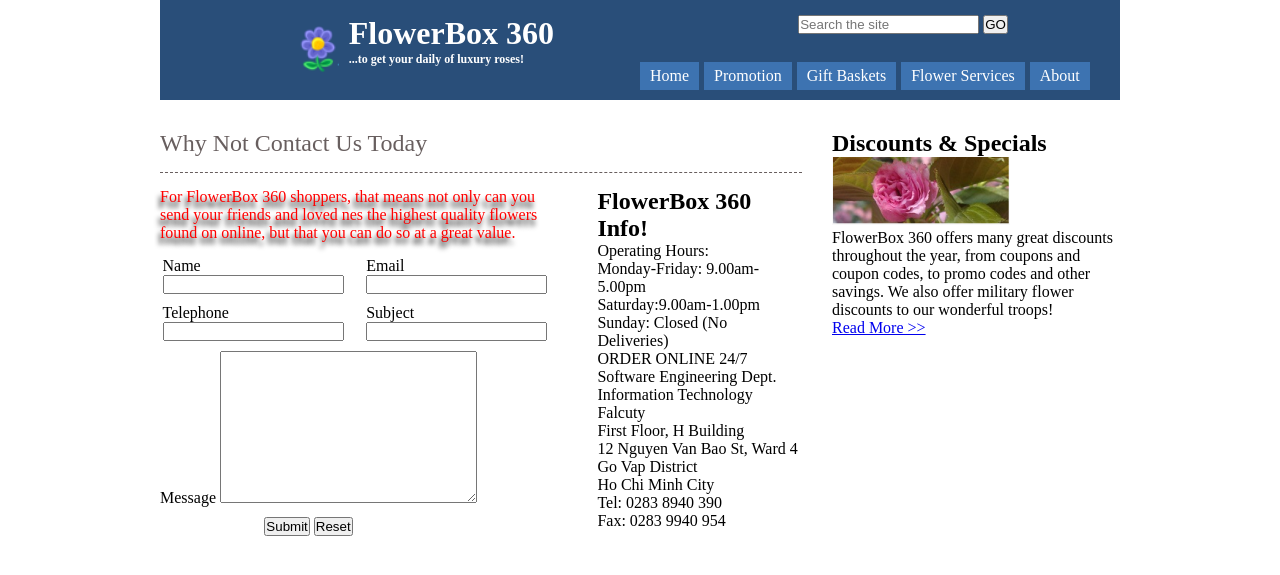
Repository: hoangnguyen1903/STT_21084321_NguyenHuyHoang_DHKHMT17B_Tuan4_DeThamKhao3
Page: html/demo.html
These files come from the project's save history. The page is drawn as it stood at one moment and after the next save; the edit follows.
The browser window is 1280 px wide. The pictures show the whole page.

Above is the page before, as saved 2023-03-09 14:59:23.

### html/demo.html
<!DOCTYPE html>
<html lang="en">
  <head>
    <meta charset="UTF-8" />
    <meta http-equiv="X-UA-Compatible" content="IE=edge" />
    <meta name="viewport" content="width=device-width, initial-scale=1.0" />
    <title>Demo 3</title>
    <style>
      * {
        padding: 0;
        box-sizing: border-box;
        margin: 0 auto;
      }

      .wrapper {
        width: 960px;
        height: 100%;
      }

      .header {
        width: 960px;
        height: 100px;
        background-color: #294e79;
        color: #fff;
        display: flex;
        position: relative;
      }

      .header > .header__left {
        display: flex;
        padding: 15px 20px;
      }

      .header > .header__left > img {
        padding-right: 10px;
      }

      .header > .header__left > div > h2 {
        font-size: 12px;
      }

      .header > .header__right {
        padding-top: 15px;
      }

      .header > .header__bottom {
        position: absolute;
        bottom: 10px;
        left: 50%;
        display: flex;
      }

      .header > .header__bottom > li {
        list-style: none;
        margin-right: 5px;
        background-color: #3d73b1;
        padding: 5px 10px;
      }

      .header > .header__bottom > li:hover {
        background-color: #fff;
      }

      .header > .header__bottom > li:hover > a {
        color: #000;
      }

      .header > .header__bottom > li > a {
        text-decoration: none;
        color: white;
      }

      .content {
        width: 960px;
        display: flex;
        margin-top: 30px;
      }

      .content > .content__left {
        width: calc(70% - 30px);
        margin-right: 30px;
      }

      .content > .content__left > .content__left-top {
        color: #685f5f;
        font-weight: 500;
        padding-bottom: 15px;
        border-bottom: 1px dashed #685f5f;
        margin-bottom: 15px;
      }

      .content > .content__left > .content__left-bottom {
        display: flex;
      }

      .content > .content__left > .content__left-bottom > .content__left-form {
        width: calc(70% - 30px);
        margin-right: 30px;
      }

      .content
        > .content__left
        > .content__left-bottom
        > .content__left-form
        > p {
        color: red;
        text-shadow: -2px 6px 5px #000;
        margin-bottom: 15px;
      }

      .content
        > .content__left
        > .content__left-bottom
        > .content__left-form
        > form {
        display: flex;
        flex-wrap: wrap;
      }

      .content
        > .content__left
        > .content__left-bottom
        > .content__left-form
        > form
        > div {
        width: calc(50% - 5px);
        margin-bottom: 10px;
      }

      .content
        > .content__left
        > .content__left-bottom
        > .content__left-form
        > form
        > div:nth-child(5) {
        width: 100%;
        margin-bottom: 10px;
      }

      .content > .content__right {
        width: 30%;
      }
    </style>
  </head>
  <body>
    <div class="wrapper">
      <div class="header">
        <div class="header__left">
          <img src="../img/AnhLogo.PNG" alt="Logo" class="logo" />
          <div>
            <h1>FlowerBox 360</h1>
            <h2>...to get your daily of luxury roses!</h2>
          </div>
        </div>
        <ul class="header__bottom">
          <li><a href="#">Home</a></li>
          <li><a href="#">Promotion</a></li>
          <li><a href="#">Gift Baskets</a></li>
          <li><a href="#">Flower Services</a></li>
          <li><a href="#">About</a></li>
        </ul>
        <div class="header__right">
          <input
            type="text"
            name="txt"
            id="txt"
            placeholder="Search the site"
          />
          <input type="button" value="GO" />
        </div>
      </div>
      <div class="content">
        <div class="content__left">
          <h2 class="content__left-top">Why Not Contact Us Today</h2>
          <div class="content__left-bottom">
            <div class="content__left-form">
              <p>
                For FlowerBox 360 shoppers, that means not only can you send
                your friends and loved nes the highest quality flowers found on
                online, but that you can do so at a great value.
              </p>
              <form action="">
                <div>
                  <label for="name">Name</label>
                  <input type="text" name="name" id="name" />
                </div>
                <div>
                  <label for="email">Email</label>
                  <input type="email" name="email" id="email" />
                </div>
                <div>
                  <label for="telephone">Telephone</label>
                  <input type="number" name="telephone" id="telephone" />
                </div>
                <div>
                  <label for="subject">Subject</label>
                  <input type="text" name="subject" id="subject" />
                </div>
                <div>
                  <label for="message">Message</label>
                  <textarea
                    name="message"
                    id="message"
                    cols="30"
                    rows="10"
                  ></textarea>
                </div>
                <div>
                  <input type="submit" value="Submit" />
                  <input type="reset" value="Reset" />
                </div>
              </form>
            </div>
            <div class="content__left-info">
              <h2 class="content__left-heading">FlowerBox 360 Info!</h2>
              <div>
                <p>Operating Hours:</p>
                <p>Monday-Friday: 9.00am-5.00pm</p>
                <p>Saturday:9.00am-1.00pm</p>
                <p>Sunday: Closed (No Deliveries)</p>
                <p>ORDER ONLINE 24/7</p>
              </div>
              <div>
                <p>Software Engineering Dept.</p>
                <p>Information Technology Falcuty</p>
                <p>First Floor, H Building</p>
              </div>
              <div>
                <p>12 Nguyen Van Bao St, Ward 4</p>
                <p>Go Vap District</p>
                <p>Ho Chi Minh City</p>
                <p>Tel: 0283 8940 390</p>
                <p>Fax: 0283 9940 954</p>
              </div>
            </div>
          </div>
        </div>
        <div class="content__right">
          <h2 class="content__right-top">Discounts & Specials</h2>
          <div class="content__right-bottom">
            <img src="../img/flower.PNG" alt="Flower" />
            <p>
              FlowerBox 360 offers many great discounts throughout the year,
              from coupons and coupon codes, to promo codes and other savings.
              We also offer military flower discounts to our wonderful troops!
            </p>
            <a href="#">Read More >></a>
          </div>
        </div>
      </div>
      <div class="footer"></div>
    </div>
  </body>
</html>

After the next save:
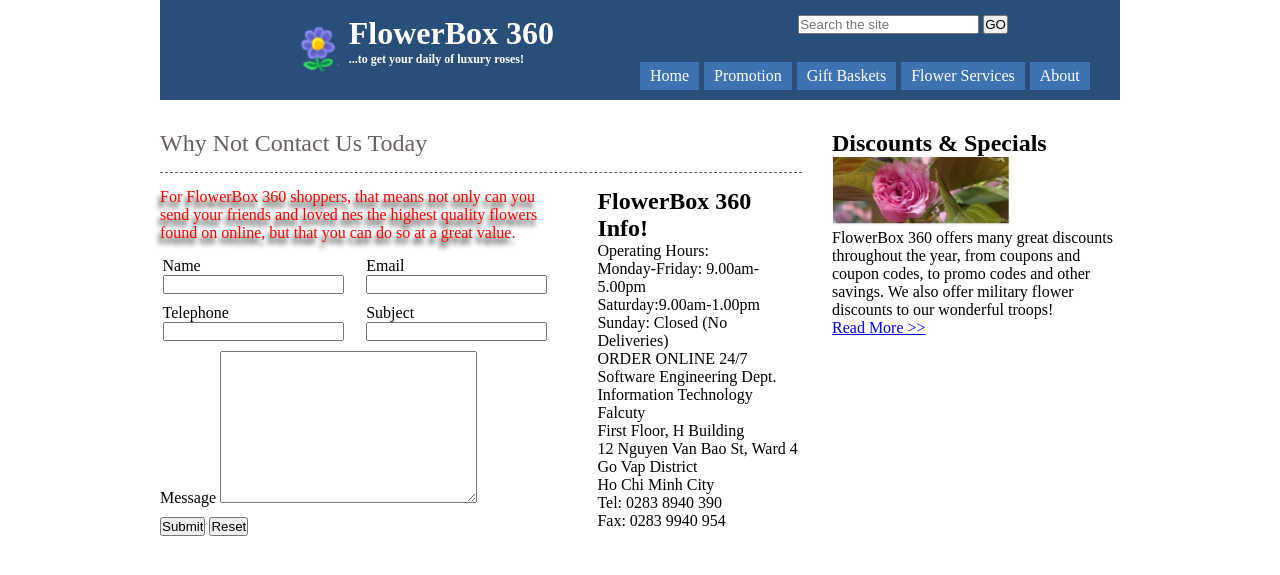
Saved 21 s later.
--- a/html/demo.html
+++ b/html/demo.html
@@ -133,6 +133,16 @@
         > .content__left-form
         > form
         > div:nth-child(5) {
+        width: 100%;
+        margin-bottom: 10px;
+      }
+
+      .content
+        > .content__left
+        > .content__left-bottom
+        > .content__left-form
+        > form
+        > div:nth-child(6) {
         width: 100%;
         margin-bottom: 10px;
       }
